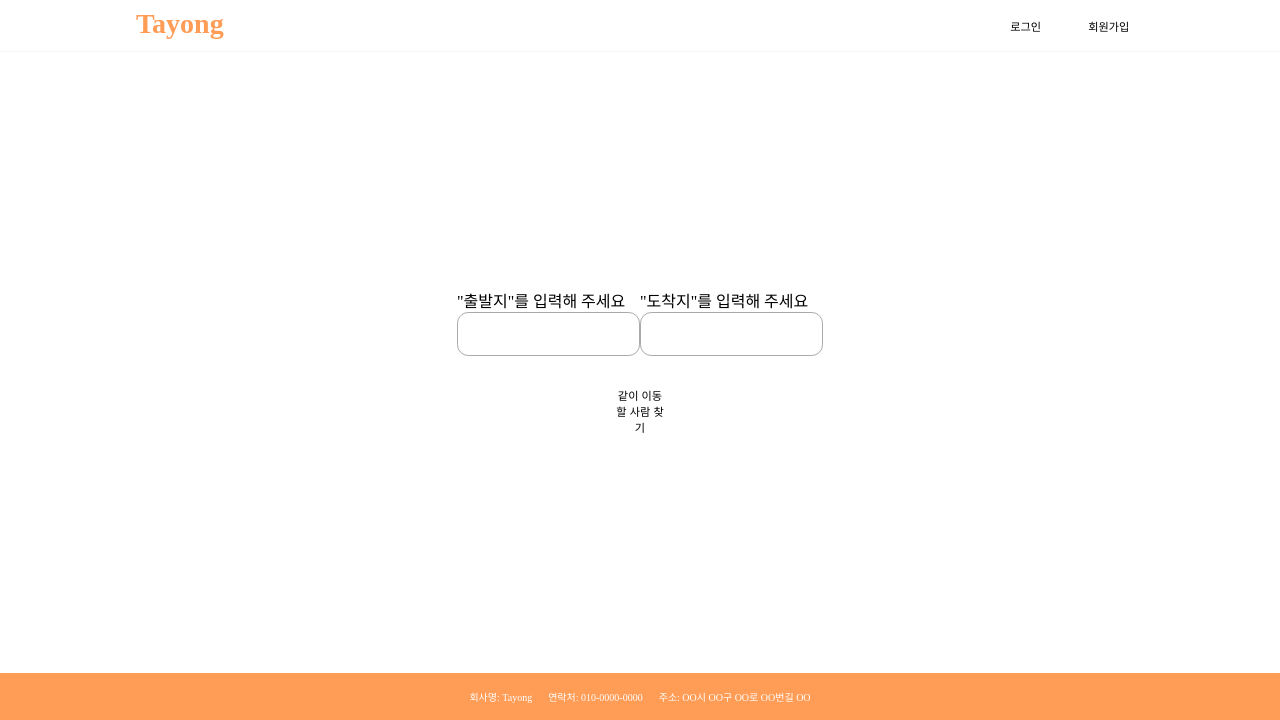
Repository: YEOMJINSEOP/playground
Page: / (app in tayong/)
The author's editor kept a copy of each file at every save. The page is drawn from the files as they stood at one save, then again after the next save.
The browser window is 1280 px wide. The pictures show the whole page.
The project was rebuilt for these pictures with package versions that can differ from the ones it lists, and the page was loaded fresh each time.

Above is the page before, as saved 2022-10-28 14:21:46.

### tayong/src/App.js
import styles from './App.module.css';
import Header from './components/header/header';
import Footer from './components/footer/footer';
import LocationSelector from './components/locationSelector/locationSelector';

function App() {
  return (
    <>
    <Header/>
    <LocationSelector/>
    <Footer/>
    </>
  );
}

export default App;

### tayong/src/App.module.css
:root{

  /* color */
  --color-orange: #FF9C55;
  --color-light-grey: #f5f5f5;
  --color-white: #ffffff;
  --color-black: #201F1E;

  /* font size */
  --font-large: 48px;
  --font-medium: 28px;
  --font-regular: 18px;
  --font-small: 16px;
  --font-micro: 10px;

  /* font weight */
  --weight-bold: 700;
  --weight-semi-bold: 600;
  --weight-regular: 400;

 /* border weight */
 --border-weight: 1.5px;

 /* border radius */
 --border-radius: 0.7rem;
}

/* universal setting*/
*{
  margin: 0;
}

button{
  border: none;
  cursor: pointer;
  background-color: transparent;
}

### tayong/src/components/header/header.jsx
import React from 'react';
import styles from './header.module.css';

function Header(props) {
  return (
    <>
      <nav className={styles.navbar}>

        <p className={styles.logo}>Tayong</p>

        <div className={styles.navbarBtn}>
          <button className={styles.btn}>로그인</button>
          <button className={styles.btn}>회원가입</button>
        </div>

      </nav>
    </>
  );
}

export default Header;

### tayong/src/components/footer/footer.jsx
import React from 'react';
import styles from './footer.module.css';

function Footer(props) {
  return (
    <>
     <footer className={styles.footer}>
      <p className={styles.name}>회사명: Tayong</p>
      <p className={styles.phone}>연락처: 010-0000-0000</p>
      <p className={styles.address}>주소: OO시 OO구 OO로 OO번길 OO</p>
     </footer>
    </>
  );
}

export default Footer;

### tayong/src/components/locationSelector/locationSelector.jsx
import React, { useState } from 'react';
import styles from './locationSelector.module.css';

function LocationSelector(props) {
  const [departure, setDeparture] = useState('');
  const [arrival, setArrival] = useState('');
  const handleSubmit = (e) => {
    e.preventDefault();
  }
  return (
    <form onSubmit = {handleSubmit} className={styles.locationSelector}>
      <div className={styles.location}>
        <div className={styles.departure}>
          <div><span>"출발지"</span>를 입력해 주세요</div>
          <label htmlFor='departure'></label>
            <input
              type="text"
              id='departure'
              name='departure'
              value = {departure}
              onChange = {
                (e) => {
                  setDeparture(e.target.value);
                }
              }
          />
        </div>
        <div className={styles.arrival}>
            <div><span>"도착지"</span>를 입력해 주세요</div>
            <label htmlFor='arrival'></label>
            <input
            id='arrival'
            name='arrival'
            value={arrival}
            type="text"
            onChange={
              (e) => {
                setArrival(e.target.value);
              }
            } />
        </div>
      </div>
        <button>같이 이동할 사람 찾기</button>
    </form>
  );
}

export default LocationSelector;

### tayong/src/components/header/header.module.css
@import '../../App.module.css';

button{
  width: 4rem;
  font-size: 0.7rem;
}

.navbar{
  width: 100%;
  padding: 0.5rem;

  position: fixed;

  background-color: var(--color-white);
  border-bottom: var(--border-weight) solid var(--color-light-grey);

  display: flex;
  justify-content: space-between;
}

.logo{
  font-size: var(--font-medium);
  font-weight: bold;
  color: var(--color-orange);
  padding-left: 8rem;
  margin-bottom: 0.2rem;
  cursor: pointer;
}

.navbarBtn{
  display: flex;
  flex-direction: row;
  align-items: center;
  padding-right: 8rem;
}

.btn{
  margin-right: 1.2rem;
  height: 1.2rem;
  padding: 0;
  cursor: pointer;
}

### tayong/src/components/footer/footer.module.css
@import '../../App.module.css';

.footer{
  width: 100%;
  padding: 1rem;

  position: fixed;
  bottom: 0;

  background-color: var(--color-orange);
  color: var(--color-white);

  display: flex;
  flex-direction: row;
  justify-content: center;
  font-size: var(--font-micro)
}

p{
  padding-left: 1rem;
}

.address{
  margin-right: 3rem;
}

### tayong/src/components/locationSelector/locationSelector.module.css
@import '../../App.module.css';

.locationSelector{
  position: fixed;

  width: 100%;
  margin: auto;
  top: 40%;

  display: flex;
  flex-direction: column;
  align-items: center;
}

.location{
  display: flex;
  flex-direction: row;
  justify-content: space-around;
  margin-bottom: 30px;
}

.departure{

}

input{
  height: 40px;
  border: none;
  border: var(--border-weight) solid darkgray;
  border-radius: 0.7rem;
}

Loaded but not shown: tayong/public/index.html (common file); tayong/src/index.js (common file); tayong/src/index.css (common file); tayong/src/reportWebVitals.js (common file)

After the next save:
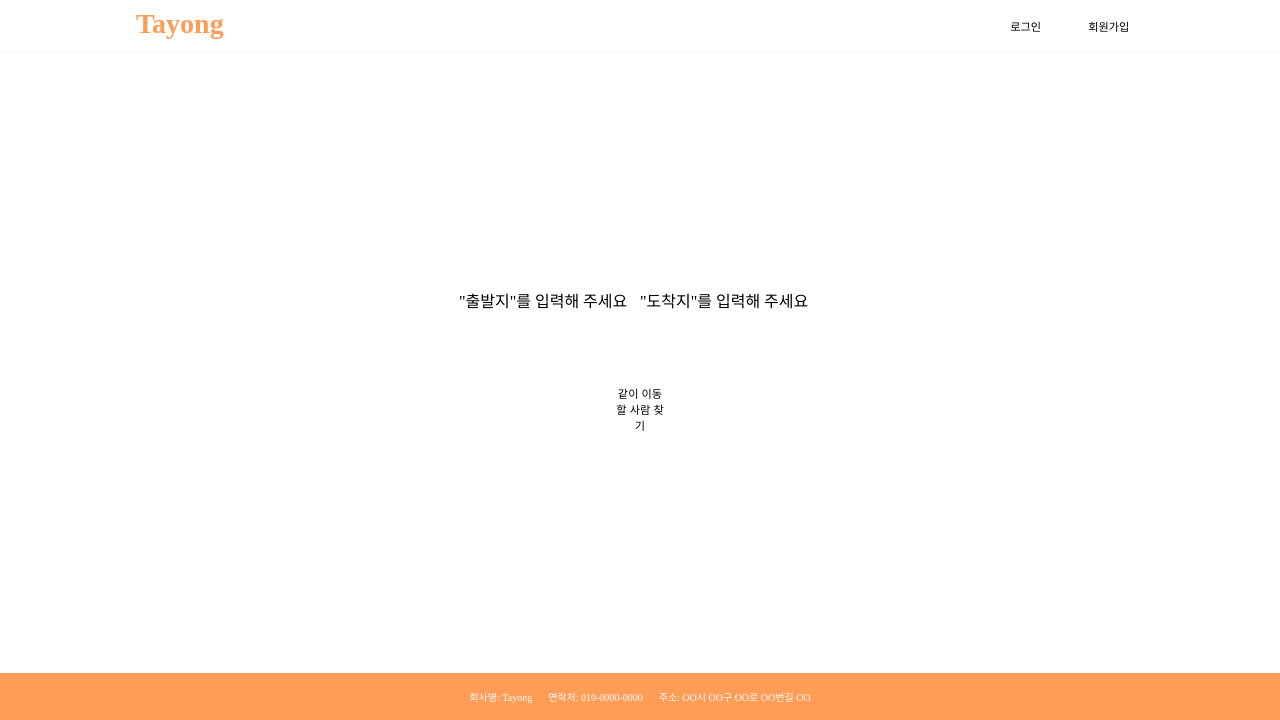
Saved 29 s later.
--- a/tayong/src/components/locationSelector/locationSelector.module.css
+++ b/tayong/src/components/locationSelector/locationSelector.module.css
@@ -26,6 +26,6 @@
 input{
   height: 40px;
   border: none;
-  border: var(--border-weight) solid darkgray;
+  border: var(--border-weight) solid var(--color-ligt-grey);
   border-radius: 0.7rem;
 }
